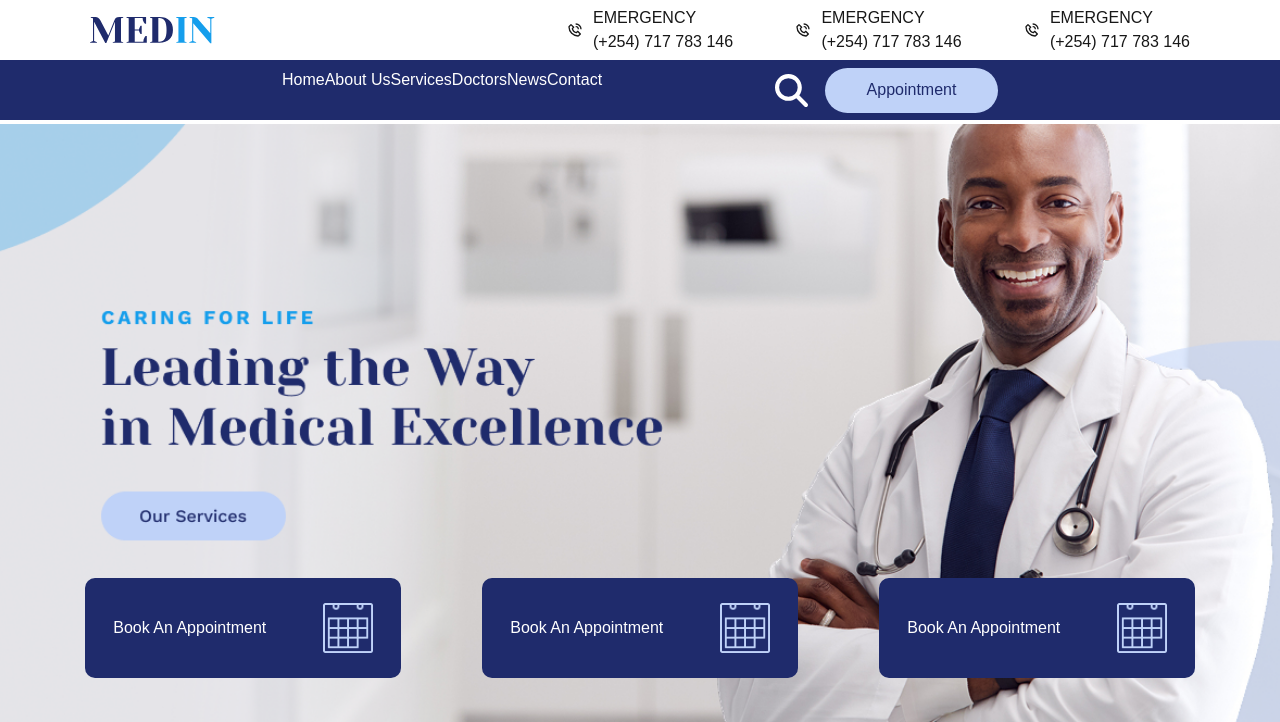
Repository: SynHK3/Poc_Hospital
Page: /home (app in fe_hospital/)
The author's editor kept a copy of each file at every save. The page is drawn from the files as they stood at one save, then again after the next save.
The browser window is 1280 px wide. The pictures show the whole page.
The project was rebuilt for these pictures with package versions that can differ from the ones it lists, and the page was loaded fresh each time. The framework's server and built-in components were replaced by stand-ins that run in the browser. Also part of the build but not shown: fe_hospital/next.config.ts.

Above is the page before, as saved 2025-09-02 14:31:18.

### fe_hospital/src/app/home/page.tsx
import Header from "@/components/header/header";
import Image from "next/image";
import IntroDuce from "./images/home_introduce.png";
import Calendar from "./images/home__calendar.png";
import Teams from "./images/home_teams.png";
import Cash from "./images/home_cash.png";

import "./home.css";

export default function Home() {
  return (
    <div>
      <Header></Header>
      <div className="relative w-full h-[83vh] mt-1 ">
        <Image src={IntroDuce} alt="Logo" fill className="object-cover" />
        <div className="container__content--home">
          <div className="layout--content--home">
            <div className="content__btn--future--item">
              <h1>Book An Appointment</h1>

              <Image src={Calendar} width={50} height={50} alt=""></Image>
            </div>

            <div className="content__btn--future--item">
              <h1>Book An Appointment</h1>

              <Image src={Calendar} width={50} height={50} alt=""></Image>
            </div>

            <div className="content__btn--future--item">
              <h1>Book An Appointment</h1>

              <Image src={Calendar} width={50} height={50} alt=""></Image>
            </div>
          </div>
        </div>
      </div>
    </div>
  );
}

### fe_hospital/src/components/header/header.tsx
import Logo from "../../images/Logo.svg";
import Image from "next/image";
import { BiPhoneCall } from "react-icons/bi";
import { FaMagnifyingGlass } from "react-icons/fa6";
import "./header.css";

export default function Header() {
  return (
    <div className="container__header">
      <div className="header__layout">
        <div className="header__headline">
          <Image src={Logo} width={125} height={42} alt=""></Image>

          <div className="header__headline--info">
            <div className="header__headline--info--item">
              <BiPhoneCall className="icon__info--item"></BiPhoneCall>

              <div className="header__headline--info--desc">
                <h3>EMERGENCY</h3>
                <h3>(+254) 717 783 146</h3>
              </div>
            </div>

            <div className="header__headline--info--item">
              <BiPhoneCall className="icon__info--item"></BiPhoneCall>

              <div className="header__headline--info--desc">
                <h3>EMERGENCY</h3>
                <h3>(+254) 717 783 146</h3>
              </div>
            </div>

            <div className="header__headline--info--item">
              <BiPhoneCall className="icon__info--item"></BiPhoneCall>

              <div className="header__headline--info--desc">
                <h3>EMERGENCY</h3>
                <h3>(+254) 717 783 146</h3>
              </div>
            </div>
          </div>
        </div>

        <div className="header__nav">
          <div className="layout__header--nav">
            <ul className="header__list--nav">
              <li>Home</li>
              <li>About Us</li>
              <li>Services </li>
              <li>Doctors </li>
              <li>News </li>
              <li>Contact</li>
            </ul>

            <div className="header__nav--appoinment">
              <FaMagnifyingGlass fontSize={33}></FaMagnifyingGlass>

              <button className="header__btn--appointment">Appointment</button>
            </div>
          </div>
        </div>
      </div>
    </div>
  );
}

### fe_hospital/src/app/home/home.css
.container__content--home {
  position: absolute;
  display: flex;
  width: 100%;
  height: 77vh;
  align-items: flex-end;
  justify-content: center;
}

.layout--content--home {
  width: 1110px;
  display: flex;
  justify-content: space-between;
}

.content__btn--future--item {
  display: flex;
  justify-content: space-around;
  align-items: center;
  color: white;
  width: 316px;
  height: 100px;
  background-color: #1f2b6c;
  border-radius: 10px;
}

### fe_hospital/src/components/header/header.css
.container__header {
  width: 100%;
  height: 120px;
}

.header__layout {
  display: flex;
  flex-direction: column;
  align-items: center;
  width: 100%;
}

.header__headline {
  display: flex;
  justify-content: space-between;
  width: 1100px;
  height: 60px;
}

.header__headline--info {
  width: 623px;
  display: flex;
  justify-content: space-between;
}

.header__headline--info--item {
  height: 60px;
  display: flex;
  align-items: center;
}

.icon__info--item {
  font-size: 30;
  margin-right: 10px;
}

/* Header Nav */

.header__nav {
  display: flex;
  align-items: center;
  justify-content: center;
  width: 100%;
  height: 60px;
  background-color: #1f2b6c;
  color: white;
}

.layout__header--nav {
  display: flex;
}

.header__list--nav {
  width: 493px;
  display: flex;
}

.header__nav--appoinment {
  width: 223px;
  height: 45px;
  display: flex;
  justify-content: space-between;
  align-items: center;
}

.header__btn--appointment {
  color: #1f2b6c;
  width: 173px;
  height: 45px;
  background-color: #bfd2f8;
  border-radius: 30px;
}

Loaded but not shown: fe_hospital/src/app/layout.tsx (common file); fe_hospital/src/app/globals.css (common file)

After the next save:
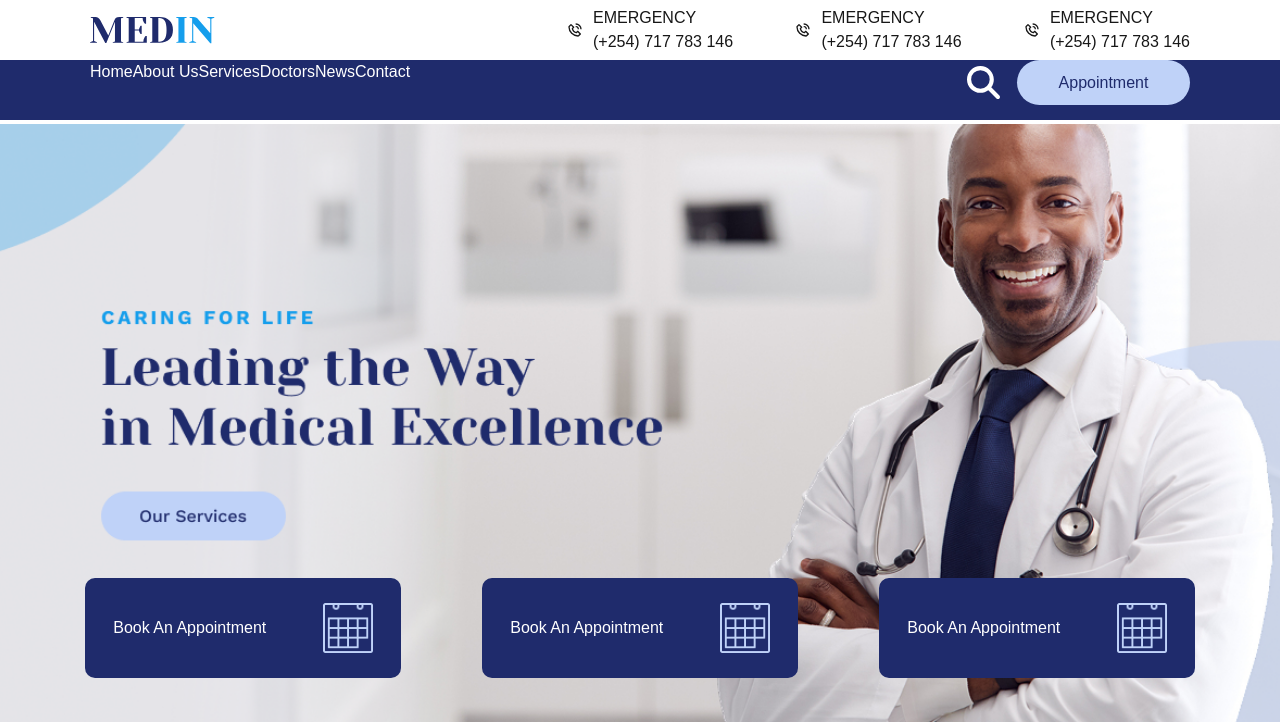
Saved 19 s later.
--- a/fe_hospital/src/components/header/header.css
+++ b/fe_hospital/src/components/header/header.css
@@ -48,6 +48,9 @@
 
 .layout__header--nav {
   display: flex;
+  justify-content: space-between;
+  width: 1100px;
+  height: 60px;
 }
 
 .header__list--nav {
